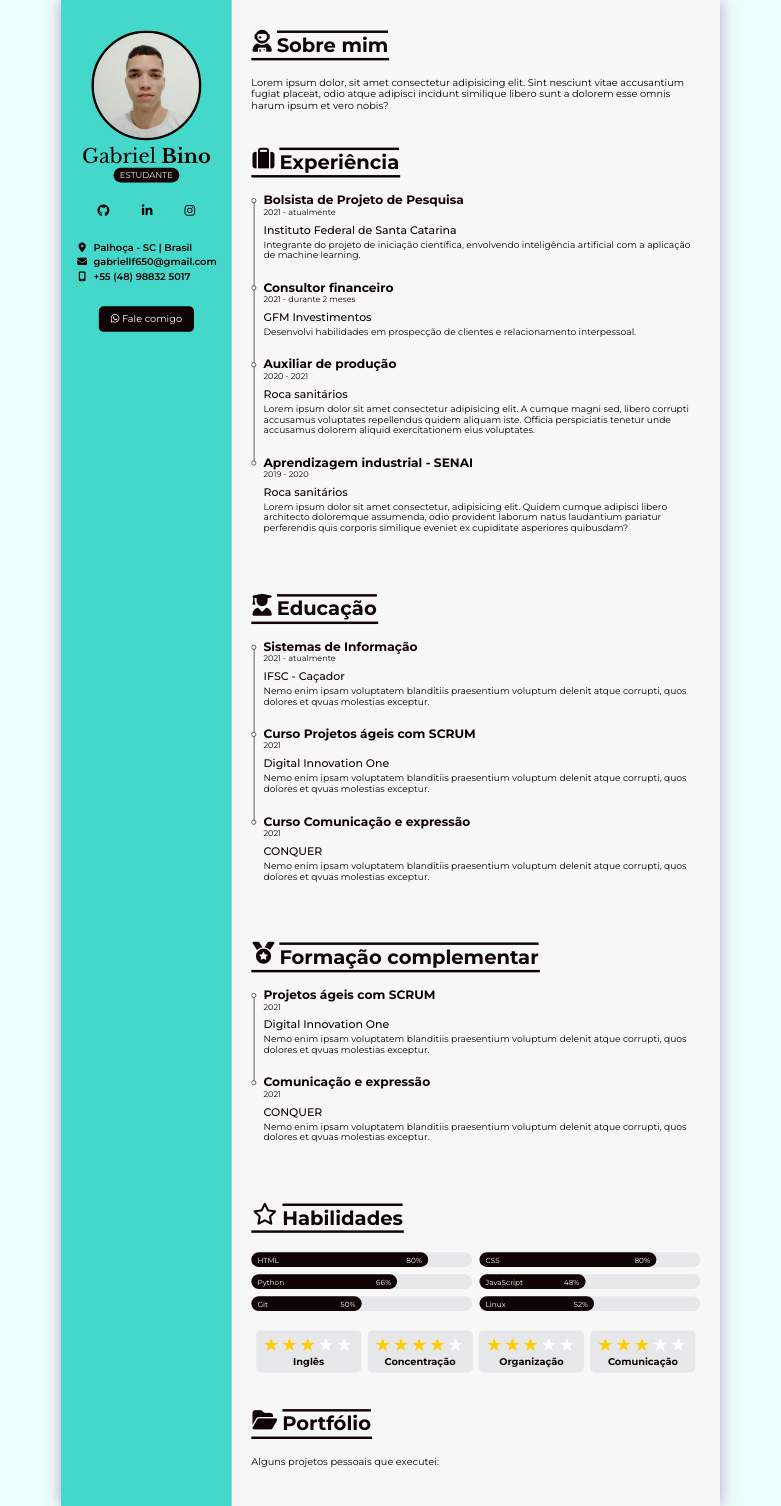
Repository: gabrielbino/curriculoResponsivo
Page: index.html
These files come from the project's save history. The page is drawn as it stood at one moment and after the next save; the edit follows.
The browser window is 1280 px wide. The pictures show the whole page, at 61% of full size.
Some web libraries are served in a nearby version.

Above is the page before, as saved 2021-10-19 16:13:49.

### index.html
<!DOCTYPE html>
<html lang="pt-br">
  <head>
    <meta charset="UTF-8" />

    <meta name="viewport" content="width=device-width, initial-scale=1" />

    <link
      rel="stylesheet"
      href="https://cdnjs.cloudflare.com/ajax/libs/normalize/8.0.1/normalize.min.css"
      integrity="sha512-NhSC1YmyruXifcj/KFRWoC561YpHpc5Jtzgvbuzx5VozKpWvQ+4nXhPdFgmx8xqexRcpAglTj9sIBWINXa8x5w=="
      crossorigin="anonymous"
      referrerpolicy="no-referrer"
    />

    <script
      src="https://kit.fontawesome.com/a6ac7cca8d.js"
      crossorigin="anonymous"
    ></script>

    <link rel="stylesheet" href="css/style.css" />

    <link rel="shortcut icon" href="img/favicon.ico" />

    <title>CV do Gabriel</title>
  </head>
  <body>
    <main>
      <aside>
        <div class="sidebar">
          <img
            class="profile-picture"
            src="./img/option_profile.jpeg"
            alt="Gabriel Bino"
          />
          <h1 class="title-name"><span>Gabriel</span> Bino</h1>
          <h3 class="subtitle-role">Estudante</h3>
          <div class="social-links">
            <a href="https://github.com/gabrielbino" target="_blank">
              <i class="fab fa-github"></i>
            </a>
            <a
              href="https://www.linkedin.com/in/gabriel-fernandes-bino-456499195/"
              target="_blank"
            >
              <i class="fab fa-linkedin-in"></i>
            </a>
            <!-- <a href="https://twitter.com/theleoad" target="_blank">
              <i class="fab fa-twitter"></i>
            </a> -->
            <a href="https://www.instagram.com/gabrielfbino/" target="_blank">
              <i class="fab fa-instagram"></i>
            </a>
          </div>
          <ul class="personal-data">
            <li>
              <i class="fas fa-map-marker-alt"></i>
              <span>Palhoça - SC | Brasil</span>
            </li>
            <li>
              <i class="fas fa-envelope"></i>
              <a href="mailto:galbriellf650@gmail.com"
                >gabriellf650@gmail.com</a
              >
            </li>
            <li>
              <i class="fas fa-mobile-alt"></i>
              <a href="tel:+5548988325017">+55 (48) 98832 5017</a>
            </li>
          </ul>
          <a
            class="download-button"
            href="https://wa.me/+5548988325017"
            target="_blank"
          >
            <i class="fab fa-whatsapp"></i>
            <span>Fale comigo</span>
          </a>
        </div>
      </aside>
      <section>
        <article>
          <div class="article-title-wrapper">
            <i class="fas fa-user-astronaut"></i>
            <h2 class="article-title">Sobre mim</h2>
          </div>
          <p>
            Lorem ipsum dolor, sit amet consectetur adipisicing elit. Sint
            nesciunt vitae accusantium fugiat placeat, odio atque adipisci
            incidunt similique libero sunt a dolorem esse omnis harum ipsum et
            vero nobis?
          </p>
        </article>
        <article>
          <div class="article-title-wrapper">
            <i class="fas fa-suitcase"></i>
            <h2 class="article-title">Experiência</h2>
          </div>
          <ul class="timeline">
            <li>
              <h4 class="timeline-title">Bolsista de Projeto de Pesquisa</h4>
              <h5 class="timeline-time">2021 - atualmente</h5>
              <h6 class="timeline-place">
                Instituto Federal de Santa Catarina
              </h6>
              <p class="timeline-text">
                Integrante do projeto de iniciação científica, envolvendo
                inteligência artificial com a aplicação de machine learning.
              </p>
            </li>
            <li>
              <h4 class="timeline-title">Consultor financeiro</h4>
              <h5 class="timeline-time">2021 - durante 2 meses</h5>
              <h6 class="timeline-place">GFM Investimentos</h6>
              <p class="timeline-text">
                Desenvolvi habilidades em prospecção de clientes e
                relacionamento interpessoal.
              </p>
            </li>
            <li>
              <h4 class="timeline-title">Auxiliar de produção</h4>
              <h5 class="timeline-time">2020 - 2021</h5>
              <h6 class="timeline-place">Roca sanitários</h6>
              <p class="timeline-text">
                Lorem ipsum dolor sit amet consectetur adipisicing elit. A
                cumque magni sed, libero corrupti accusamus voluptates
                repellendus quidem aliquam iste. Officia perspiciatis tenetur
                unde accusamus dolorem aliquid exercitationem eius voluptates.
              </p>
            </li>
            <li>
              <h4 class="timeline-title">Aprendizagem industrial - SENAI</h4>
              <h5 class="timeline-time">2019 - 2020</h5>
              <h6 class="timeline-place">Roca sanitários</h6>
              <p class="timeline-text">
                Lorem ipsum dolor sit amet consectetur, adipisicing elit. Quidem
                cumque adipisci libero architecto doloremque assumenda, odio
                provident laborum natus laudantium pariatur perferendis quis
                corporis similique eveniet ex cupiditate asperiores quibusdam?
              </p>
            </li>
          </ul>
        </article>
        <article>
          <div class="article-title-wrapper">
            <i class="fas fa-user-graduate"></i>
            <h2 class="article-title">Educação</h2>
          </div>
          <ul class="timeline">
            <li>
              <h4 class="timeline-title">Sistemas de Informação</h4>
              <h5 class="timeline-time">2021 - atualmente</h5>
              <h6 class="timeline-place">IFSC - Caçador</h6>
              <p class="timeline-text">
                Nemo enim ipsam voluptatem blanditiis praesentium voluptum
                delenit atque corrupti, quos dolores et qvuas molestias
                exceptur.
              </p>
            </li>
            <li>
              <h4 class="timeline-title">Curso Projetos ágeis com SCRUM</h4>
              <h5 class="timeline-time">2021</h5>
              <h6 class="timeline-place">Digital Innovation One</h6>
              <p class="timeline-text">
                Nemo enim ipsam voluptatem blanditiis praesentium voluptum
                delenit atque corrupti, quos dolores et qvuas molestias
                exceptur.
              </p>
            </li>
            <li>
              <h4 class="timeline-title">Curso Comunicação e expressão</h4>
              <h5 class="timeline-time">2021</h5>
              <h6 class="timeline-place">CONQUER</h6>
              <p class="timeline-text">
                Nemo enim ipsam voluptatem blanditiis praesentium voluptum
                delenit atque corrupti, quos dolores et qvuas molestias
                exceptur.
              </p>
            </li>
          </ul>
        </article>
        <article>
          <div class="article-title-wrapper">
            <i class="fas fa-medal"></i>
            <h2 class="article-title">Formação complementar</h2>
          </div>
          <ul class="timeline">
            <li>
              <h4 class="timeline-title">Projetos ágeis com SCRUM</h4>
              <h5 class="timeline-time">2021</h5>
              <h6 class="timeline-place">Digital Innovation One</h6>
              <p class="timeline-text">
                Nemo enim ipsam voluptatem blanditiis praesentium voluptum
                delenit atque corrupti, quos dolores et qvuas molestias
                exceptur.
              </p>
            </li>
            <li>
              <h4 class="timeline-title">Comunicação e expressão</h4>
              <h5 class="timeline-time">2021</h5>
              <h6 class="timeline-place">CONQUER</h6>
              <p class="timeline-text">
                Nemo enim ipsam voluptatem blanditiis praesentium voluptum
                delenit atque corrupti, quos dolores et qvuas molestias
                exceptur.
              </p>
            </li>
          </ul>
        </article>
        <article>
          <div class="article-title-wrapper">
            <i class="far fa-star"></i>
            <h2 class="article-title">Habilidades</h2>
          </div>
          <div class="skills-container">
            <div class="progress">
              <div class="progress-bar" role="progressbar" style="width: 80%">
                <div class="progress-text">
                  <span>HTML</span>
                  <span>80%</span>
                </div>
              </div>
            </div>
            <div class="progress">
              <div class="progress-bar" role="progressbar" style="width: 80%">
                <div class="progress-text">
                  <span>CSS</span>
                  <span>80%</span>
                </div>
              </div>
            </div>
            <div class="progress">
              <div class="progress-bar" role="progressbar" style="width: 66%">
                <div class="progress-text">
                  <span>Python</span>
                  <span>66%</span>
                </div>
              </div>
            </div>
            <div class="progress">
              <div class="progress-bar" role="progressbar" style="width: 48%">
                <div class="progress-text">
                  <span>JavaScript</span>
                  <span>48%</span>
                </div>
              </div>
            </div>
            <div class="progress">
              <div class="progress-bar" role="progressbar" style="width: 50%">
                <div class="progress-text">
                  <span>Git</span>
                  <span>50%</span>
                </div>
              </div>
            </div>
            <div class="progress">
              <div class="progress-bar" role="progressbar" style="width: 52%">
                <div class="progress-text">
                  <span>Linux</span>
                  <span>52%</span>
                </div>
              </div>
            </div>
          </div>
          <div class="soft-skills">
            <div class="soft-skill">
              <div class="soft-skill-rating" style="--rating: 3"></div>
              <h4 class="soft-skill-label">Inglês</h4>
            </div>
            <div class="soft-skill">
              <div class="soft-skill-rating" style="--rating: 4"></div>
              <h4 class="soft-skill-label">Concentração</h4>
            </div>
            <div class="soft-skill">
              <div class="soft-skill-rating" style="--rating: 3"></div>
              <h4 class="soft-skill-label">Organização</h4>
            </div>
            <div class="soft-skill">
              <div class="soft-skill-rating" style="--rating: 3"></div>
              <h4 class="soft-skill-label">Comunicação</h4>
            </div>
          </div>
        </article>
        <article>
          <div class="article-title-wrapper">
            <i class="fas fa-folder-open"></i>
            <h2 class="article-title">Portfólio</h2>
          </div>
          <p>Alguns projetos pessoais que executei:</p>
          <div class="portfolio">
            <a href="#" class="portfolio-item">
              <div></div>
            </a>
            <a href="#" class="portfolio-item">
              <div></div>
            </a>
            <a href="#" class="portfolio-item">
              <div></div>
            </a>
            <a href="#" class="portfolio-item">
              <div></div>
            </a>
          </div>
        </article>
      </section>
    </main>
  </body>
</html>

### css/style.css
@import url("https://fonts.googleapis.com/css2?family=Libre+Baskerville:wght@400;700&family=Montserrat:wght@400;500;600;700&display=swap");

* {
  box-sizing: border-box;
}

img {
  max-width: 100%;
}

body {
  background-color: #ebfffb;
  color: black;
  font-family: "Montserrat", sans-serif;
}

main {
  background-color: #ebfffb;
  box-shadow: 0 0 1.5rem rgba(149, 56, 158, 0.5);
  display: flex;
  margin: 0 auto;
  max-width: 1080px;
  min-height: 100vh;
  width: 100%;
}

aside {
  background-color: #43d8c9;
  padding: 50px 0 16px;
  width: 280px;
}

.sidebar {
  align-items: center;
  display: flex;
  flex-direction: column;
  position: sticky;
  top: 16px;
  width: 100%;
}

.profile-picture {
  border-radius: 50%;
  border: solid 4px #100303;
  width: 180px;
}

.title-name {
  color: #100303;
  font-family: "Libre Baskerville", serif;
  font-weight: 700;
  margin: 8px 0 0;
}

.title-name span {
  font-weight: 500;
}

.subtitle-role {
  background: #100303;
  border-radius: 12px;
  color: #e9ebec;
  font-size: 14px;
  font-weight: 400;
  margin: 0;
  padding: 4px 10px;
  text-transform: uppercase;
}

.social-links {
  display: flex;
  font-size: 20px;
  justify-content: space-between;
  margin: 36px 0;
  width: 160px;
}

.social-links a {
  color: #100303;
}

.social-links a:hover {
  color: #95389e;
}

.personal-data {
  list-style-type: none;
  margin: 0;
  padding: 0;
}

.personal-data li {
  color: #100303;
  font-weight: 600;
  line-height: 1.5;
}

.personal-data li a {
  color: inherit;
  text-decoration: none;
}

.personal-data i {
  margin-right: 4px;
  text-align: center;
  width: 20px;
}

.download-button {
  background: #100303;
  border-radius: 8px;
  color: white;
  display: block;
  margin: 36px 0;
  padding: 12px 20px;
  text-decoration: none;
}

section {
  background-color: #f7f7f7;
  padding: 50px 32px 0;
  width: calc(100% - 280px);
}

article:not(:last-of-type) {
  margin-bottom: 60px;
}

.article-title-wrapper {
  align-items: center;
  border-bottom: 4px solid;
  color: #100303;
  display: inline-flex;
  margin-bottom: 12px;
  padding: 0 2px;
}
.article-title-wrapper i {
  font-size: 36px;
  margin: -8px 8px 0 0;
}

.article-title {
  border-top: 4px solid;
  color: #100303;
  font-size: 32px;
  font-weight: 800;
  margin: 0 0 2px;
  padding-top: 2px;
}

.timeline {
  list-style: none;
  margin: 20px 0;
  padding: 0;
}

.timeline li {
  margin: 0;
  padding: 2px 0 40px 20px;
  position: relative;
}

.timeline li::after {
  background-color: #fff;
  border-radius: 50%;
  border: 1px solid #100303;
  box-sizing: border-box;
  content: "";
  display: inline-block;
  height: 8px;
  left: 0;
  position: absolute;
  top: 2px;
  width: 8px;
}

.timeline li:not(:last-of-type)::before {
  background-color: #100303;
  content: "";
  height: 100%;
  left: 3.5px;
  position: absolute;
  top: calc(0.5em - 4px);
  width: 1px;
}

.timeline-title {
  color: #100303;
  font-size: 20px;
  margin: -8px 0 0;
}

.timeline-time {
  color: #100303;
  font-weight: 400;
  margin: 0;
}

.timeline-place {
  color: #100303;
  font-size: 18px;
  font-weight: 500;
  margin: 12px 0 4px;
}

.timeline-text {
  font-size: 15px;
  margin: 0;
}

.skills-container {
  display: flex;
  flex-wrap: wrap;
  justify-content: space-between;
  margin: 20px 0;
}

.progress {
  background-color: rgba(68, 86, 108, 0.1);
  border-radius: 20px;
  display: flex;
  font-size: 0.75rem;
  height: 1.5rem;
  margin-bottom: 12px;
  width: calc(50% - 6px);
}

.progress-bar {
  align-items: center;
  background-color: #100303;
  border-radius: 20px;
  color: #fff;
  display: flex;
  padding: 0 10px;
}

.progress-text {
  display: flex;
  justify-content: space-between;
  width: 100%;
}

.soft-skills {
  display: flex;
  justify-content: space-between;
  padding: 0 8px;
}

.soft-skill {
  background-color: rgba(68, 86, 108, 0.1);
  border-radius: 8px;
  padding: 8px;
  text-align: center;
  width: calc(25% - 8px);
}

.soft-skill-rating {
  --percent: calc(var(--rating) / 5 * 100%);
  display: inline-block;
  font-family: Times;
  font-size: 30px;
  line-height: 1;
}

.soft-skill-rating::before {
  background-clip: text;
  background: linear-gradient(90deg, #fc0 var(--percent), #fff var(--percent));
  content: "★★★★★";
  letter-spacing: 3px;
  -webkit-background-clip: text;
  -webkit-text-fill-color: transparent;
}

.soft-skill-label {
  color: #100303;
  margin: 4px 0 0;
}

.portfolio {
  display: flex;
  flex-wrap: wrap;
  justify-content: space-between;
}

.portfolio-item {
  margin-bottom: 24px;
  text-decoration: none;
  width: calc(50% - 12px);
}

/* .portfolio-item div {
  margin: 0;
}

.portfolio-item figcaption {
  color: #3c6e71;
  font-weight: 800;
  text-align: center;
} */

@media (max-width: 1024px) {
  .soft-skills {
    flex-wrap: wrap;
  }

  .soft-skill {
    margin: 4px;
    width: calc(50% - 8px);
  }
}

@media (max-width: 768px) {
  main {
    display: block;
  }

  aside,
  section {
    width: 100%;
  }

  section {
    padding: 32px 16px 0;
  }

  .article-title-wrapper {
    display: flex;
    padding: 0;
  }

  .progress,
  .soft-skill,
  .portfolio-item,
  .article-title {
    width: 100%;
  }

  .portfolio-item figure {
    text-align: center;
  }
}

After the next save:
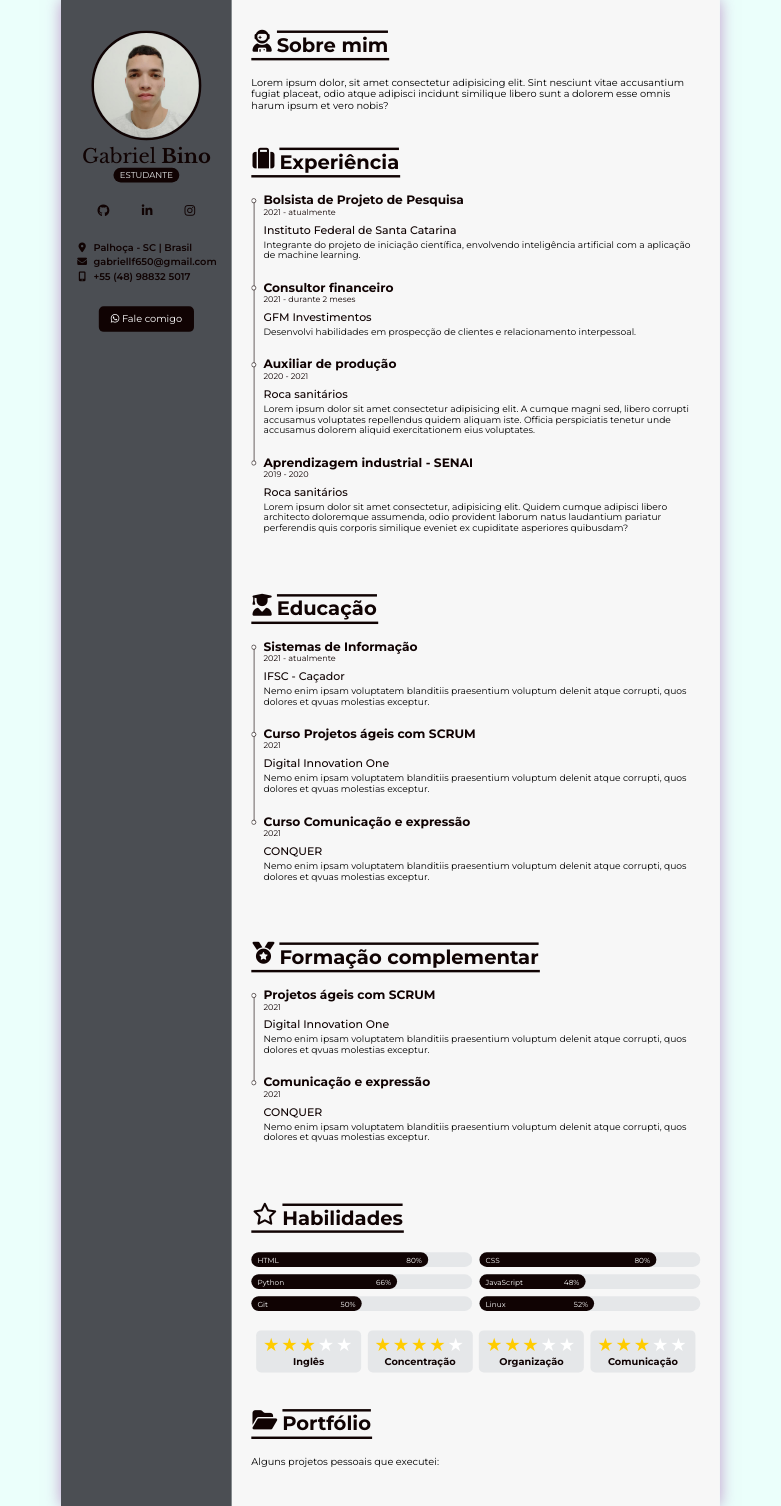
Saved 9 min 4 s later.
--- a/css/style.css
+++ b/css/style.css
@@ -25,7 +25,7 @@ main {
 }
 
 aside {
-  background-color: #43d8c9;
+  background-color: #4b4e53;
   padding: 50px 0 16px;
   width: 280px;
 }
